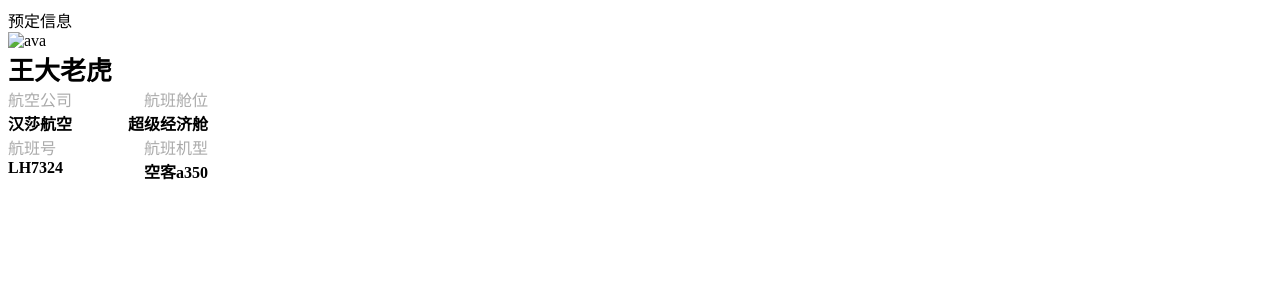
Repository: xzm1997/react-learning
Page: /
The author's editor kept a copy of each file at every save. The page is drawn from the files as they stood at one save, then again after the next save.
The browser window is 1280 px wide. The pictures show the whole page.
The project was rebuilt for these pictures with package versions that can differ from the ones it lists, and the page was loaded fresh each time.

Above is the page before, as saved 2023-01-31 10:29:45.

### src/index.js
import React from 'react';
import ReactDOM from 'react-dom/client';
import './index.css';

export function UserInfo(props) {
  return (
    <div>
      <img src='' alt='ava'></img>
      <div className='userName'>{props.userName}</div>
    </div>
  )
}

export function InfoShow(props) {
  return (
    <div>
      <div className='bookTitle'>{props.title}</div>
      <div className='bookContent'>{props.content}</div>
    </div>
  )
}

export function BookInfo(props) {
  return (
    <div>
      <div className='totalTitle'>预定信息</div>
      <UserInfo userName={props.userName} />
      <div className='infoDisplay'>
        <div className='infoItem leftSide'>
          <InfoShow title='航空公司' content={props.ticketInfo.airline}/>
          <InfoShow title='航班号' content={props.ticketInfo.flightNum}/>
        </div>
        <div className='infoItem rightSide'>
          <InfoShow title='航班舱位' content={props.ticketInfo.level}/>
          <InfoShow title='航班机型' content={props.ticketInfo.plane}/>
        </div>
      </div>
    </div>
    )
}

export function Root() {
  const userName = '王大老虎';
  const ticketInfo = {
    airline : '汉莎航空',
    flightNum : 'LH7324',
    level : '超级经济舱',
    plane : '空客a350'
  }
  return (
    <div>
      <BookInfo
        userName={userName}
        ticketInfo={ticketInfo}
      />
    </div>
  )
}

// ========================================

const root = ReactDOM.createRoot(document.getElementById("root"));
root.render(<Root />);

### src/index.css
.helloWorld {
  color: #2dd;
  font-size: 24px;
}

.userName {
  font-weight: 700;
  font-size: 26px;
}

.bookTitle {
  color: #aaa;
}

.bookContent {
  font-weight: 700;
}

.infoDisplay {
  display: flex;
}

.infoItem {
  width: 100px;
}

.rightSide {
  text-align: right;
}

Loaded but not shown: public/index.html (common file)

After the next save:
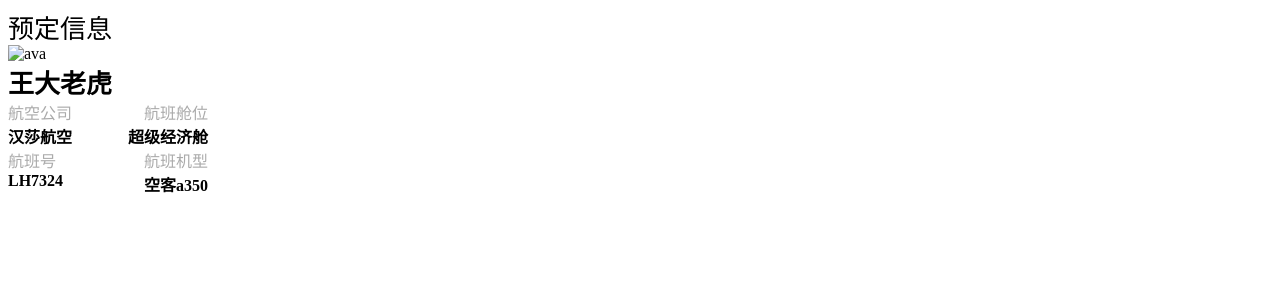
Saved 19 s later.
--- a/src/index.css
+++ b/src/index.css
@@ -10,6 +10,10 @@
 
 .bookTitle {
   color: #aaa;
+}
+
+.totalTitle {
+  font-size: 26px;
 }
 
 .bookContent {
